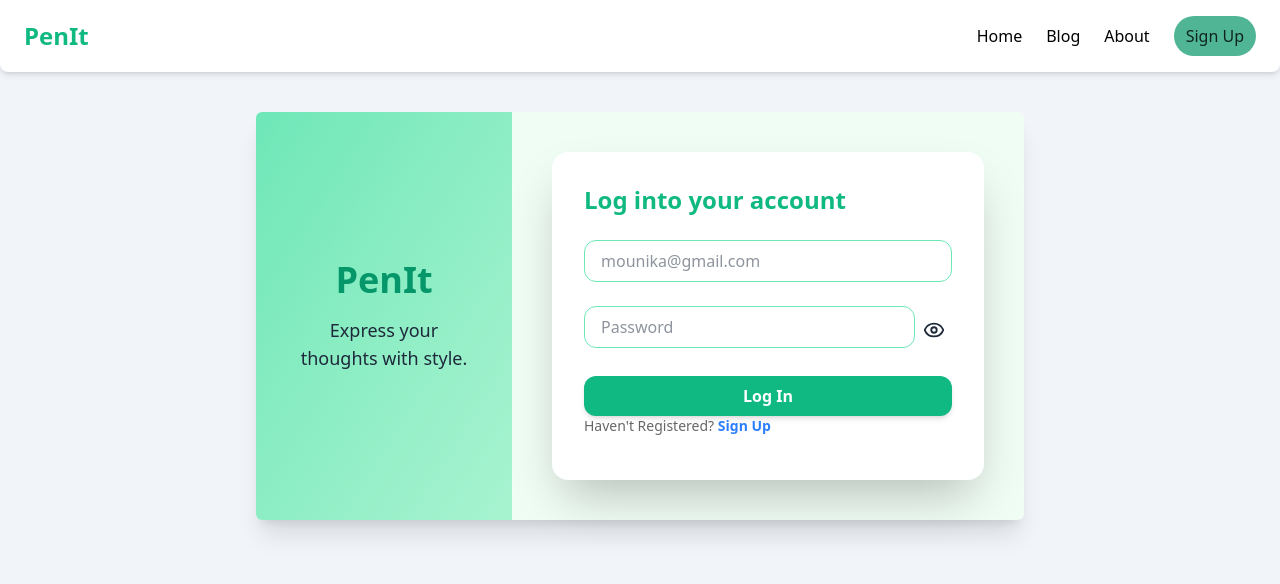
Repository: Mounika-chukkala/PenIt
Page: /signin (app in frontend/)
These files come from the project's save history. The page is drawn as it stood at one moment and after the next save; the edit follows.
The browser window is 1280 px wide. The pictures show the whole page.
The project was rebuilt for these pictures with package versions that can differ from the ones it lists, and the page was loaded fresh each time. Also part of the build but not shown: frontend/vite.config.js, frontend/src/Pages/Signin.jsx, frontend/src/Pages/Signup.jsx, frontend/src/components/CreateBlog.jsx, frontend/src/Pages/AddBlog.jsx.

Above is the page before, as saved 2025-05-24 12:06:54.

After the next save:
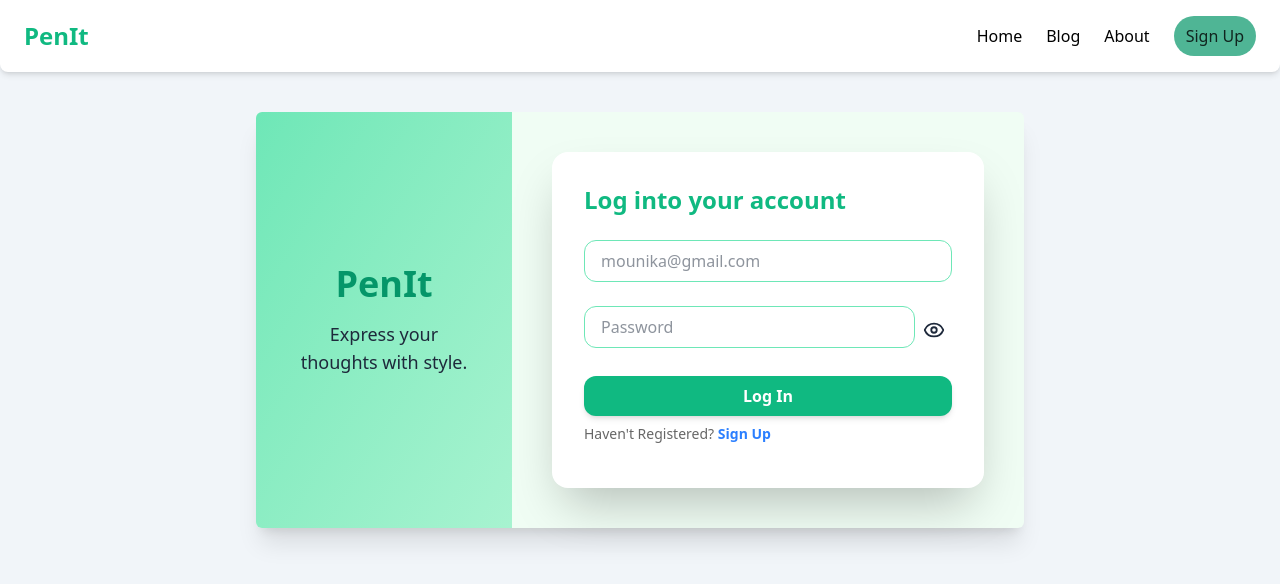
Saved 16 s later.
--- a/frontend/src/Pages/AuthForm.jsx
+++ b/frontend/src/Pages/AuthForm.jsx
@@ -130,7 +130,7 @@ function AuthForm({type}) {
           </form>
           {
             type=="signin" &&
-                      <p className="text-sm text-black/60 mb-3">
+                      <p className="text-sm mt-2 text-black/60 mb-3">
             Haven't Registered?{" "}
             <Link to="/signup">
               <span className="text-blue-500 font-semibold hover:underline">
